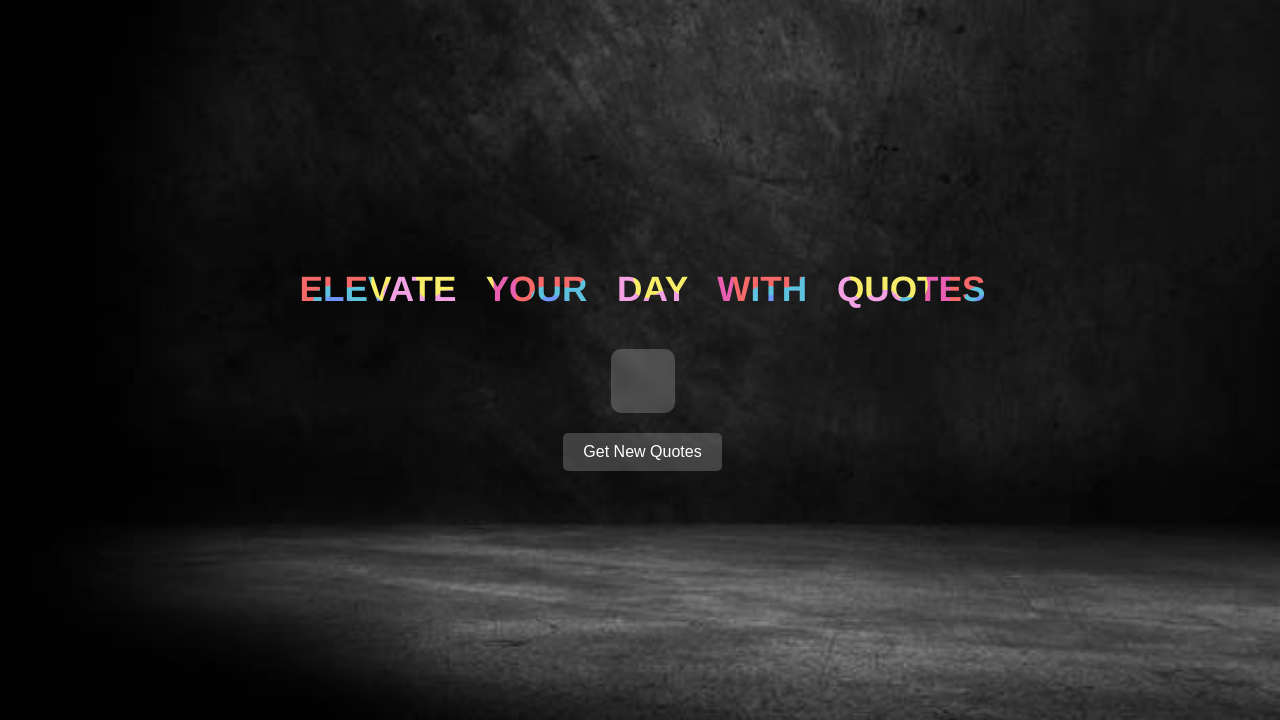
Repository: Bhavik-Sanghar/Quote-app
Page: /
An editor plug-in stored every save of this project. The page is shown before and after the next save, followed by the edit.
The browser window is 1280 px wide. The pictures show the whole page.
The pointer rests on the first visible `.quote-container h1`.
The page's requests for data from a server got no answer. The project was rebuilt for these pictures with package versions that can differ from the ones it lists, and the page was loaded fresh each time. No one was signed in, and anything a server would have sent is missing. Also part of the build but not shown: src/styles.css.

Above is the page before, as saved 2023-08-18 17:23:18.

### src/App.js
import React from 'react';
import './styles.css';
import QuoteComponent from './components/NewQuote'

function App() {
  return (
    <div className="App">

      <QuoteComponent/>


    </div>
  );
}

export default App;

### src/components/NewQuote.js
import React, { useEffect, useState } from "react";
import axios from "axios";
import './New.css'

const QuoteComponent = () => {
  const [quotes, setQuotes] = useState([]);
  const category = "inspirational";
  const apiKey = "EgtS4gqLsbjvHM2bBjKwBA==PYmsGLFQFXQzq0Na";

  useEffect(() => {
    fetchQuotes();
  }, []);

  const fetchQuotes = async () => {
    try {
      const response = await axios.get(
        `https://api.api-ninjas.com/v1/quotes?category=${category}&limit=1`, // Fetching 5 quotes
        {
          headers: { "X-Api-Key": apiKey },
        }
      );
      setQuotes(response.data);
    } catch (error) {
      console.error("Error: ", error);
    }
  };

  const handleFetchNewQuotes = () => {
    setQuotes([]); // Clear previous quotes immediately
    fetchQuotes();
  };

  return (
    <div className="quote-container">
      <h1>Elevate Your Day with Quotes</h1>
      <div className="card-container">
        {quotes.map((quote, index) => (
          <div key={index} className="card">
            <p className="quote-text">{quote.quote}</p>
            <p className="author">- {quote.author}</p>
          </div>
        ))}
      </div>
      <button className="fetch-button" onClick={handleFetchNewQuotes}>
        Get New Quotes
      </button>
    </div>
  );
};

export default QuoteComponent;

### src/components/New.css
.quote-container {
  padding: auto;
  padding-left: 5px;
  display: flex;
  flex-direction: column;
  justify-content: center;
  align-items: center;
  min-height: 100vh;
  background-image: url(./bg2.jpg);
  background-size: cover;
  background-repeat: no-repeat;
  background-position: center; /* Prevent the background from repeating */ /* Center the background image */
  color: white;
  position: relative; /* Required for positioning pseudo-element */
  overflow: hidden; /* Hide overflowing pseudo-element content */
}

.quote-container h1 {
  z-index: 2;
  margin: 20px;
  background-image: url(./h1.jpg);
  background-repeat: repeat;
  opacity: 0;
  -webkit-background-clip: text;
  -webkit-text-fill-color: transparent;
  text-align: center;
  word-spacing: 20px;
  font-weight: bold;
  text-transform: uppercase;
  font-family: "Steelfish Rg", "helvetica neue";
  font-weight: 800;
  -webkit-font-smoothing: antialiased;
  transition: background-color 0.3s ease-in-out;
  animation: fadeInHeading 2s ease-in-out 0.5s forwards;
}

.card:hover {
  /* Example animation - scale up on hover */
  transform: scale(1.03);
  transition: transform 0.3s ease-in-out;
}

.author:hover {
  /* Example animation - change text color on hover */
  color: #00e5ff; /* Change to your desired color */
  transition: color 0.3s ease-in-out;
}
.quote-container h1:hover {
  font-size: 2.2em;
  transition: font-size 0.3s ease-in-out;
}

.fetch-button {
  opacity: 0;
  animation: fadeInQuotes 3s ease-in-out 1s forwards;
  background-color: hsla(0, 0%, 100%, 0.2);
  border: none;
  color: white;
  cursor: pointer;
  font-size: 16px;
  padding: 10px 20px;
  border-radius: 5px;
  transition: background-color 0.3s ease-in-out;
}

.fetch-button:hover {
  background-color: rgba(255, 255, 255, 0.1);
}

.card-container {
  opacity: 0;
  z-index: 2;
  margin: 20px;
  backdrop-filter: blur(5px);
  background-color: hsla(0, 0%, 100%, 0.2);
  border-radius: 10px;
  padding: 2rem;
  font-size: larger;
  font-family: "Times New Roman", Times, serif;
  opacity: 0; /* Set initial opacity to 0 */
  animation: fadeInQuotes 3s ease-in-out 1s forwards,
    fadeInBackground 3s ease-in-out 1s forwards;
  position: relative; /* Ensure proper z-index behavior */
}

@keyframes fadeInHeading {
  from {
    opacity: 0;
    transform: translateY(-20px);
  }
  to {
    opacity: 1;
    transform: translateY(0);
  }
}

@keyframes fadeInQuotes {
  from {
    opacity: 0;
    transform: translateY(20px);
  }
  to {
    opacity: 1;
    transform: translateY(0);
  }
}

@keyframes fadeInBackground {
  from {
    opacity: 0;
  }
  to {
    opacity: 1;
  }
}

Loaded but not shown: public/index.html (common file); src/index.js (common file); src/index.css (common file); src/reportWebVitals.js (common file); public/manifest.json (common file)

After the next save:
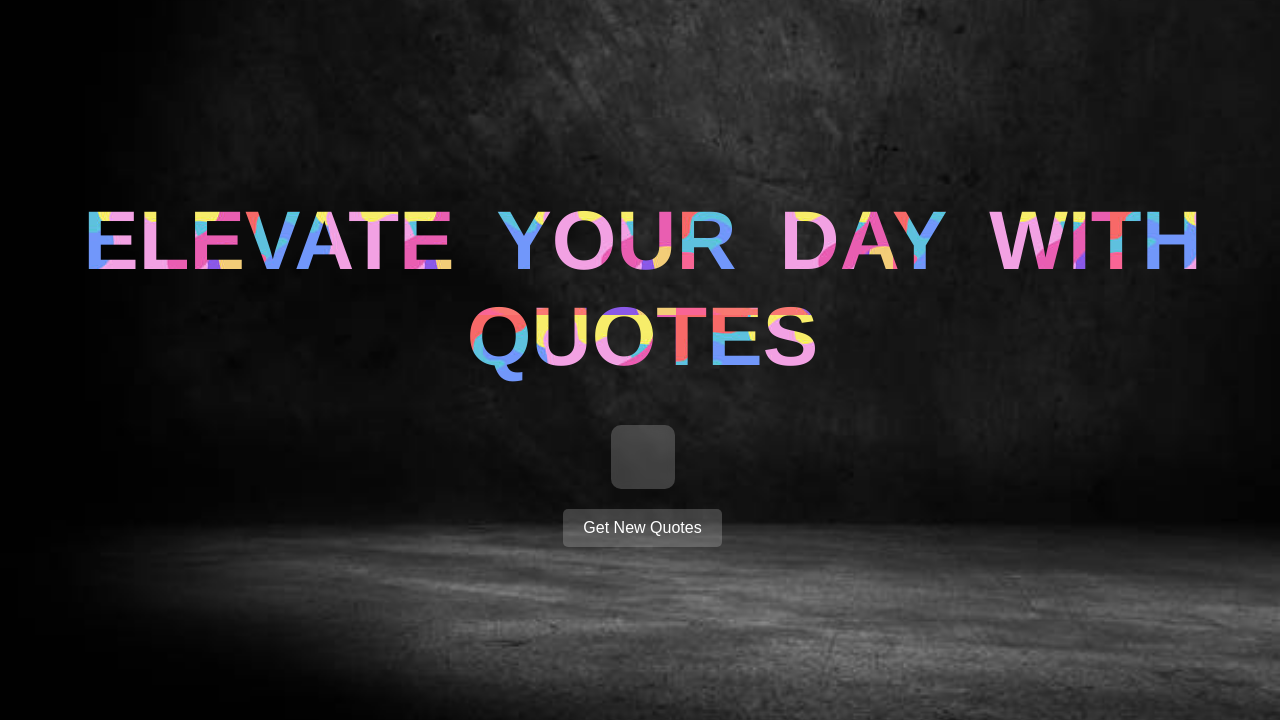
Saved 24 s later.
--- a/src/components/New.css
+++ b/src/components/New.css
@@ -46,7 +46,7 @@
   transition: color 0.3s ease-in-out;
 }
 .quote-container h1:hover {
-  font-size: 2.2em;
+  font-size: 5.2em;
   transition: font-size 0.3s ease-in-out;
 }
 
